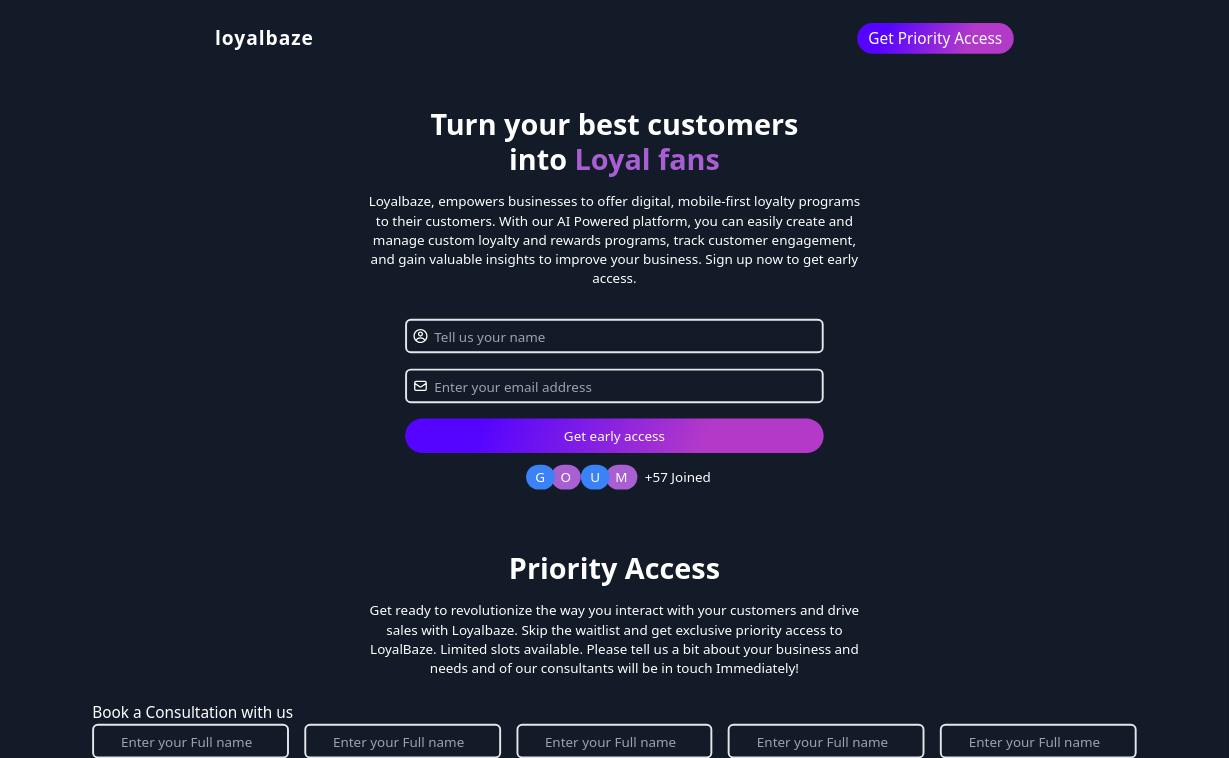
Repository: Jerified/loyalbaze
Page: /
The author's editor kept a copy of each file at every save. The page is drawn from the files as they stood at one save, then again after the next save.
The browser window is 1280 px wide. The pictures show the whole page, at 96% of full size.
The project was rebuilt for these pictures with package versions that can differ from the ones it lists, and the page was loaded fresh each time. The framework's server and built-in components were replaced by stand-ins that run in the browser. Also part of the build but not shown: next.config.js.

Above is the page before, as saved 2023-02-11 07:31:37.

### src/app/layout.tsx
import Header from '@/components/Header'

import './globals.css'
import Providers from './Providers';

export default function RootLayout({
  children,
}: {
  children: React.ReactNode
}) {
  return (
    <html lang="en">
      <head />
      <body>
          <Header />
          {children}
      </body>
    </html>
  );
}

### src/app/page.tsx
import Contents from "@/components/Contents";
import Form from "@/components/Form";


export default async function Home() {

  return  (
  <main className='max-w-6xl mx-auto px-8'>
    <Contents />
    <Form />
  </main>
  )
}

### src/components/Header.tsx

import { AiFillHome } from "react-icons/ai";
import { BsFillInfoCircleFill } from "react-icons/bs";
import Link from "next/link";

export default function Header() {
  return (
    <div className="flex justify-between px-8 max-w-4xl sm:mx-auto items-center py-6">
      <div className="text-xl font-semibold tracking-wider ">loyalbaze</div>

      <button className=" px-3 py-1 rounded-full bg-[linear-gradient(112.92deg,_#5404FF_18.35%,rgba(189,_59,_210,_0.94)_71.49%)]">
        <div className="bg-inherit">Get Priority Access</div>
      </button>
    </div>
  );
}

### src/app/globals.css
@tailwind base;
@tailwind components;
@tailwind utilities;

body{
  background-color: #121B27;
  color: white
}

### src/components/Contents.tsx
import React from 'react'
import {CgProfile} from 'react-icons/cg'
import { HiOutlineMail } from "react-icons/hi";

const Contents = () => {
  return (
    <div className="pt-8  pb-16">
      <h1 className="font-bold text-center text-3xl max-w-sm mx-auto ">
        Turn your best customers into{" "}
        <span className="text-[#A75FD2] ">Loyal fans</span>
      </h1>
      <p className="text-center pt-4 max-w-[22rem] md:max-w-lg mx-auto text-sm ">
        Loyalbaze, empowers businesses to offer digital, mobile-first loyalty
        programs to their customers. With our AI Powered platform, you can
        easily create and manage custom loyalty and rewards programs, track
        customer engagement, and gain valuable insights to improve your
        business. Sign up now to get early access.
      </p>
      <form action="" className="pt-8 grid place-items-center gap-4 pb-3">
        <div className="w-[80%] md:w-[60%] lg:w-[40%] relative flex items-center">
          <input
            type="text"
            className=" bg-inherit border-2 w-full rounded-md py-1 px-2 pl-7 placeholder:text-[14px] "
            placeholder="Tell us your name"
          />
          <CgProfile className="absolute left-2 top-[50%] -translate-y-[50%]" />
        </div>
        <div className="w-[80%] md:w-[60%] lg:w-[40%] relative flex items-center">
          <input
            type="text"
            className=" bg-inherit border-2 w-full rounded-md py-1 px-2 pl-7 placeholder:text-[14px] placeholder:pt-[-1px] "
            placeholder="Enter your email address"
          />
          <HiOutlineMail className="absolute left-2 top-[50%] -translate-y-[50%]" />
        </div>
        <button className="text-sm bg-[linear-gradient(112.92deg,_#5404FF_18.35%,rgba(189,_59,_210,_0.94)_71.49%)] rounded-full w-[80%] md:w-[60%] lg:w-[40%] py-2">
          Get early access
        </button>
      </form>
      <div className="flex relative text-sm justify-center items-center">
          <p className="bg-blue-500 rounded-full w-fit px-[10px] py-[3px] relative  left-2 z-10">
            G
          </p>
          <p className="bg-[#A75FD2] rounded-full w-fit px-[10px] py-[3px] relative left-1">
            O
          </p>
          <p className="bg-blue-500 rounded-full w-fit px-[10px] py-[3px] relative left-1">
            U
          </p>
          <p className="bg-[#A75FD2] rounded-full w-fit px-[10px] py-[3px]">
            M
          </p>
          <p className="pl-2 font-medium">+57 Joined</p>
      </div>
    </div>
  );
}

export default Contents

### src/components/Form.tsx
import React from 'react'

const Form = () => {
  return (
    <>
      <main className="">
        <div className="text-center">
          <h1 className="font-semibold text-3xl ">Priority Access</h1>
          <p className="pt-4 text-sm max-w-[22rem] md:max-w-lg mx-auto">
            Get ready to revolutionize the way you interact with your customers
            and drive sales with Loyalbaze. Skip the waitlist and get exclusive
            priority access to LoyalBaze. Limited slots available. Please tell
            us a bit about your business and needs and of our consultants will
            be in touch Immediately!
          </p>
        </div>
        <form action="" className="pt-6">
          <p className="">Book a Consultation with us</p>
          <div className=" flex flex-cols gap-4">
            <input
              type="text"
              className="bg-inherit border-2 w-full rounded-md py-1 px-2 pl-7 placeholder:text-[14px]"
              placeholder="Enter your Full name"
            />
            <input
              type="text"
              className="bg-inherit border-2 w-full rounded-md py-1 px-2 pl-7 placeholder:text-[14px]"
              placeholder="Enter your Full name"
            />
            <input
              type="text"
              className="bg-inherit border-2 w-full rounded-md py-1 px-2 pl-7 placeholder:text-[14px]"
              placeholder="Enter your Full name"
            />
            <input
              type="text"
              className="bg-inherit border-2 w-full rounded-md py-1 px-2 pl-7 placeholder:text-[14px]"
              placeholder="Enter your Full name"
            />
            <input
              type="text"
              className="bg-inherit border-2 w-full rounded-md py-1 px-2 pl-7 placeholder:text-[14px]"
              placeholder="Enter your Full name"
            />
          </div>
        </form>
      </main>
    </>
  );
}

export default Form

### tailwind.config.js
/** @type {import('tailwindcss').Config} */
module.exports = {
  content: ["./src/**/*.{html,js,jsx,ts,tsx}"],
  theme: {
    extend: {},
  },
  plugins: [],
  darkMoode:"class"
}

After the next save:
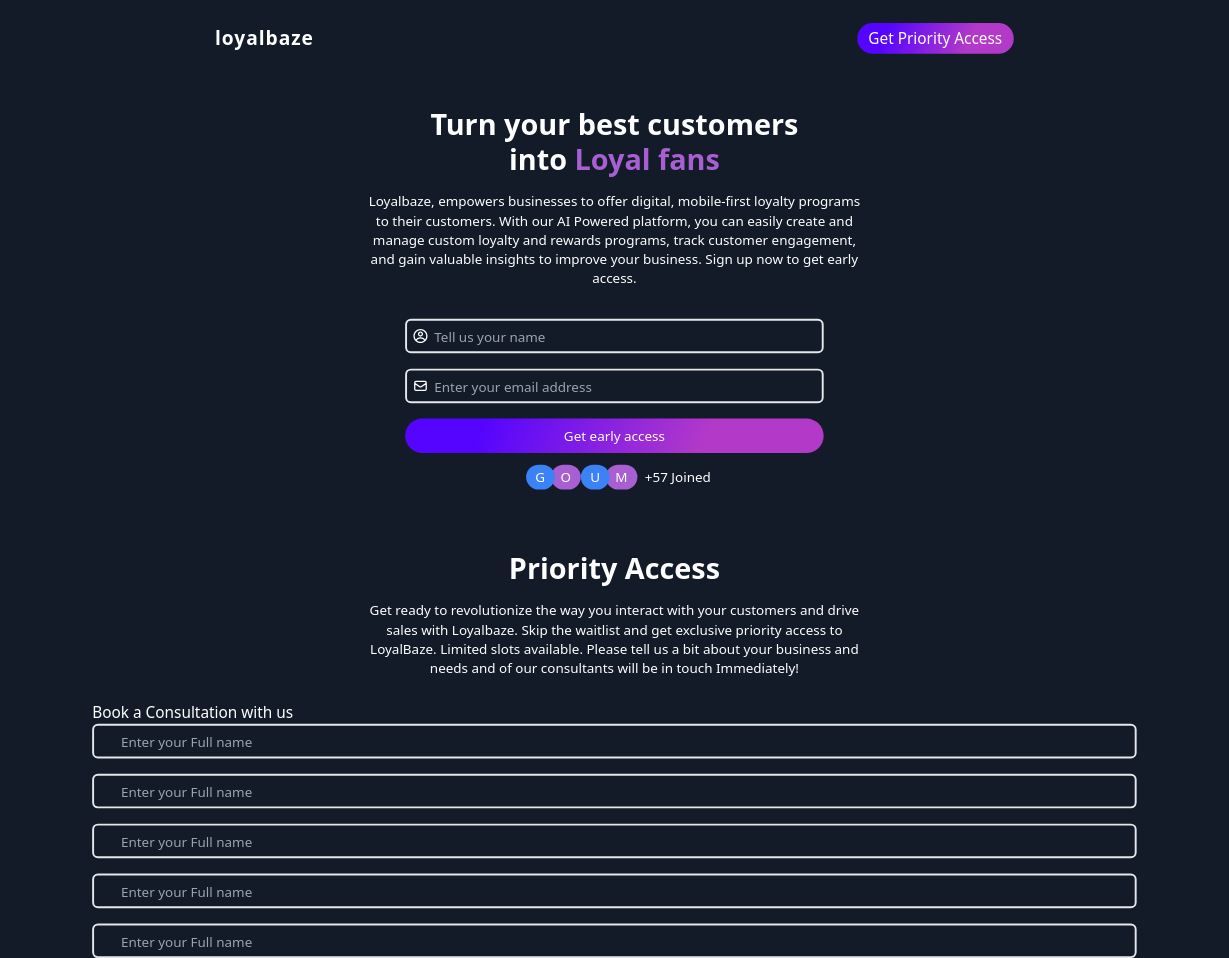
Saved 22 s later.
--- a/src/components/Form.tsx
+++ b/src/components/Form.tsx
@@ -16,7 +16,7 @@ const Form = () => {
         </div>
         <form action="" className="pt-6">
           <p className="">Book a Consultation with us</p>
-          <div className=" flex flex-cols gap-4">
+          <div className=" flex flex-col gap-4">
             <input
               type="text"
               className="bg-inherit border-2 w-full rounded-md py-1 px-2 pl-7 placeholder:text-[14px]"
